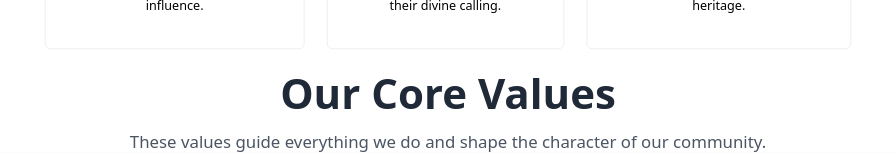
Repository: Zedestar/psda
Page: /about
These files come from the project's save history. The page is drawn as it stood at one moment and after the next save; the edit follows.
The browser window is 1280 px wide. The pictures show the part of the page from y = 733 to 2653 px (the page is 951 px tall before and 2753 px after), at 70% of full size.
The project was rebuilt for these pictures with package versions that can differ from the ones it lists, and the page was loaded fresh each time. Also part of the build but not shown: src/pages/home/home.jsx, src/pages/projects/projects.jsx, src/pages/announcements/announcements.jsx, src/pages/contirbutions/contributions.jsx, src/pages/contacts/contacts.jsx.

Above is the page before, as saved 2025-07-19 08:40:16.

### src/index.js
import React from "react";
import ReactDOM from "react-dom/client";
import App from "./App";
import "./index.css";
import { BrowserRouter } from "react-router-dom";

const root = ReactDOM.createRoot(document.getElementById("root"));
root.render(
  <BrowserRouter>
    <React.StrictMode>
      <App />
    </React.StrictMode>
  </BrowserRouter>
);

### src/App.js
import { Route, Routes } from "react-router-dom";
import Header from "./components/header/header";
import Home from "./pages/home/home";
import AboutPage from "./pages/about/about";
import Projects from "./pages/projects/projects";
import Announcements from "./pages/announcements/announcements";
import Contributions from "./pages/contirbutions/contributions";
import Contacts from "./pages/contacts/contacts";

function App() {
  return (
    <div className="flex flex-col flex-center h-screen  bg-slate-100">
      <Header />
      <Routes>
        <Route path="/" element={<Home />} />
        <Route path="/about" element={<AboutPage />} />
        <Route path="/projects" element={<Projects />} />
        <Route path="/announcements" element={<Announcements />} />
        <Route path="/contributions" element={<Contributions />} />
        <Route path="/contact" element={<Contacts />} />
      </Routes>
    </div>
  );
}

export default App;

### src/components/header/header.jsx
import { useState } from "react";
import headerData from "./header-data";
import HeaderItem from "./header-item";
import psdaImage from "../../assets/images/psdaImage.png";

function Header() {
  const [active, setActive] = useState(1);
  return (
    <div className="w-full flex justify-center shadow-lg">
      <header className="w-full flex items-center justify-between px-4 py-3 border-b border-b-gray-300 max-w-screen-2xl">
        <div className="text-3xl rounded-full overflow-hidden">
          <img className="h-12 w-12" src={psdaImage} alt="" />
        </div>{" "}
        <ul className="hidden lg:flex justify-center space-x-10 flex-center">
          {headerData.map((item) => (
            <HeaderItem
              key={item.id}
              item={item}
              active={active}
              setActive={setActive}
            />
          ))}
        </ul>
        <ul className="lg:hidden">
          <li>miaaa</li>
          <li>miaaa</li>
          <li>miaaa</li>
          <li>miaaa</li>
          <li>miaaa</li>
        </ul>
      </header>
    </div>
  );
}

export default Header;

### src/pages/about/about.jsx
import PrimaryCard from "../../components/cards/primary-card";
import aboutUsData from "./about-us-data";
import mission_vission_impact_data from "./mission-vission-impact";

function AboutPage() {
  return (
    <div className="w-full h-full flex justify-center">
      <div className="w-full h-full py-5 max-w-screen-2xl flex flex-col items-center">
        <div className="flex flex-col m-5 space-y-6">
          <p className="text-center text-6xl font-semibold text-gray-800">
            About Pastor's Sons and Daughters Association
          </p>
          <p className="text-center text-gray-600 text-2xl">{aboutUsData}</p>
        </div>
        <div className="flex flex-col lg:flex-row items-center justify-around mx-12">
          {mission_vission_impact_data.map((item) => (
            <PrimaryCard item={item} />
          ))}
        </div>
        <div className="flex flex-col m-5 space-y-6">
          <p className="text-center text-6xl font-semibold text-gray-800">
            Our Core Values
          </p>
          <p className="text-center text-gray-600 text-2xl">
            These values guide everything we do and shape the character of our
            community.
          </p>
        </div>
      </div>
    </div>
  );
}

export default AboutPage;

### src/components/header/header-data.js
const headerData = [
  {
    id: 1,
    content: "Home",
    link: "/",
  },
  {
    id: 2,
    content: "About",
    link: "/about",
  },
  {
    id: 3,
    content: "Projects",
    link: "/projects",
  },
  {
    id: 4,
    content: "Announcements",
    link: "/announcements",
  },
  {
    id: 5,
    content: "Contributions",
    link: "/contributions",
  },
  {
    id: 6,
    content: "Contacts",
    link: "/contact",
  },
];

export default headerData;

### src/components/header/header-item.jsx
import { Link } from "react-router-dom";

function HeaderItem({ item, active, setActive }) {
  console.log(active);
  return (
    <li
      className={`p-1 rounded-md text-xl text-gray-600 font-gray-100 hover:bg-gray-200 transition cursor-pointer ${
        item.id === active ? "bg-blue-500" : ""
      }`}
      onClick={() => setActive(item.id)}
    >
      <Link to={item.link}>{item.content}</Link>
    </li>
  );
}

export default HeaderItem;

### src/components/cards/primary-card.jsx
function PrimaryCard({ item }) {
  return (
    <div className="border flex flex-col justify-center mx-4 my-3 space-y-4 px-4 py-12 rounded-lg text-center max-w-lg hover:shadow-lg transition  bg-white">
      <div className="w-full flex items-center justify-center">
        <div
          className={`flex items-center justify-center rounded-full ${item.color} w-20 h-20`}
        >
          {item.icon}
        </div>
      </div>

      <p className={`text-4xl ${item.text_color}`}>{item.title}</p>
      <p className="text-lg ">{item.content}</p>
    </div>
  );
}

export default PrimaryCard;

### src/pages/about/about-us-data.js
const aboutUsData =
  "Pastors’ Sons and Daughters Association (P.S.D.A.) is a faith-rootedfellowship uniting children of pastors from the Diocese of Morogoro.We exist to connect, grow, and support one another spiritually,socially, and economically through shared purpose and experience.";

export default aboutUsData;

### src/pages/about/mission-vission-impact.js
import { AiOutlineAim, AiOutlineEye, AiOutlineHeart } from "react-icons/ai";

const mission_vission_impact_data = [
  {
    id: 1,
    title: "Our mission",
    content:
      "We envision a generation of spiritually grounded, socially responsible, and purpose-driven leaders from pastoral families who carry forward a legacy of faith, compassion, and community influence.",

    icon: <AiOutlineAim className="text-4xl text-green-500" />,
    color: "bg-green-50",
    text_color: "text-green-500",
  },
  {
    id: 2,
    title: "Our vision",
    content:
      "We exist to empower pastors’ children through mentorship, discipleship, skill-building, and fellowship—equipping them to thrive in every area of life and fulfill their divine calling.",
    icon: <AiOutlineEye className="text-4xl text-blue-500" />,
    color: "bg-blue-50",
    text_color: "text-blue-500",
  },
  {
    id: 3,
    title: "Our impact",
    content:
      "Through impactful programs and community-building initiatives, P.S.D.A. is restoring identity, building leadership, and inspiring pastors’ children to walk boldly in purpose while honoring their heritage.",
    icon: <AiOutlineHeart className="text-4xl text-orange-400" />,
    color: "bg-orange-50",
    text_color: "text-orange-500",
  },
];

export default mission_vission_impact_data;

### tailwind.config.js
/** @type {import('tailwindcss').Config} */
module.exports = {
  content: ["./src/**/*.{js,jsx,ts,tsx}"],
  theme: {
    extend: {
      colors: {
        psdaGreen: "#1A8F57",
      },
    },
  },
  plugins: [],
};

### src/pages/about/core-objective-goals-data.js
import {
  AiOutlineTeam,
  AiOutlineBulb,
  AiOutlineTool,
  AiOutlineStar,
  AiOutlineGift,
} from "react-icons/ai";

const core_objectives_data = [
  {
    id: 1,
    title: "Fellowship and Networking",
    content:
      "To foster strong, lasting relationships among pastors' children by encouraging unity, love, and mutual support within the community.",
    icon: <AiOutlineTeam className="text-4xl text-teal-500" />,
    color: "bg-teal-50",
    text_color: "text-teal-500",
  },
  {
    id: 2,
    title: "Opportunity Awareness",
    content:
      "To actively seek out and share opportunities for growth, development, and advancement—both spiritually and economically.",
    icon: <AiOutlineBulb className="text-4xl text-purple-500" />,
    color: "bg-purple-50",
    text_color: "text-purple-500",
  },
  {
    id: 3,
    title: "Problem Solving",
    content:
      "To openly discuss and confront common challenges we face as a community, and work hand in hand to find sustainable solutions.",
    icon: <AiOutlineTool className="text-4xl text-yellow-500" />,
    color: "bg-yellow-50",
    text_color: "text-yellow-500",
  },
  {
    id: 4,
    title: "Talent Discovery & Development",
    content:
      "To identify, nurture, and empower the God-given talents within us, enabling every member to reach their full potential.",
    icon: <AiOutlineStar className="text-4xl text-pink-500" />,
    color: "bg-pink-50",
    text_color: "text-pink-500",
  },
  {
    id: 5,
    title: "Support for Our Parents",
    content:
      "To express gratitude and honor our pastoral parents by supporting them in practical ways—spiritually, emotionally, and materially.",
    icon: <AiOutlineGift className="text-4xl text-red-500" />,
    color: "bg-red-50",
    text_color: "text-red-500",
  },
];

export default core_objectives_data;

Loaded but not shown: public/index.html (common file); src/index.css (common file)

After the next save:
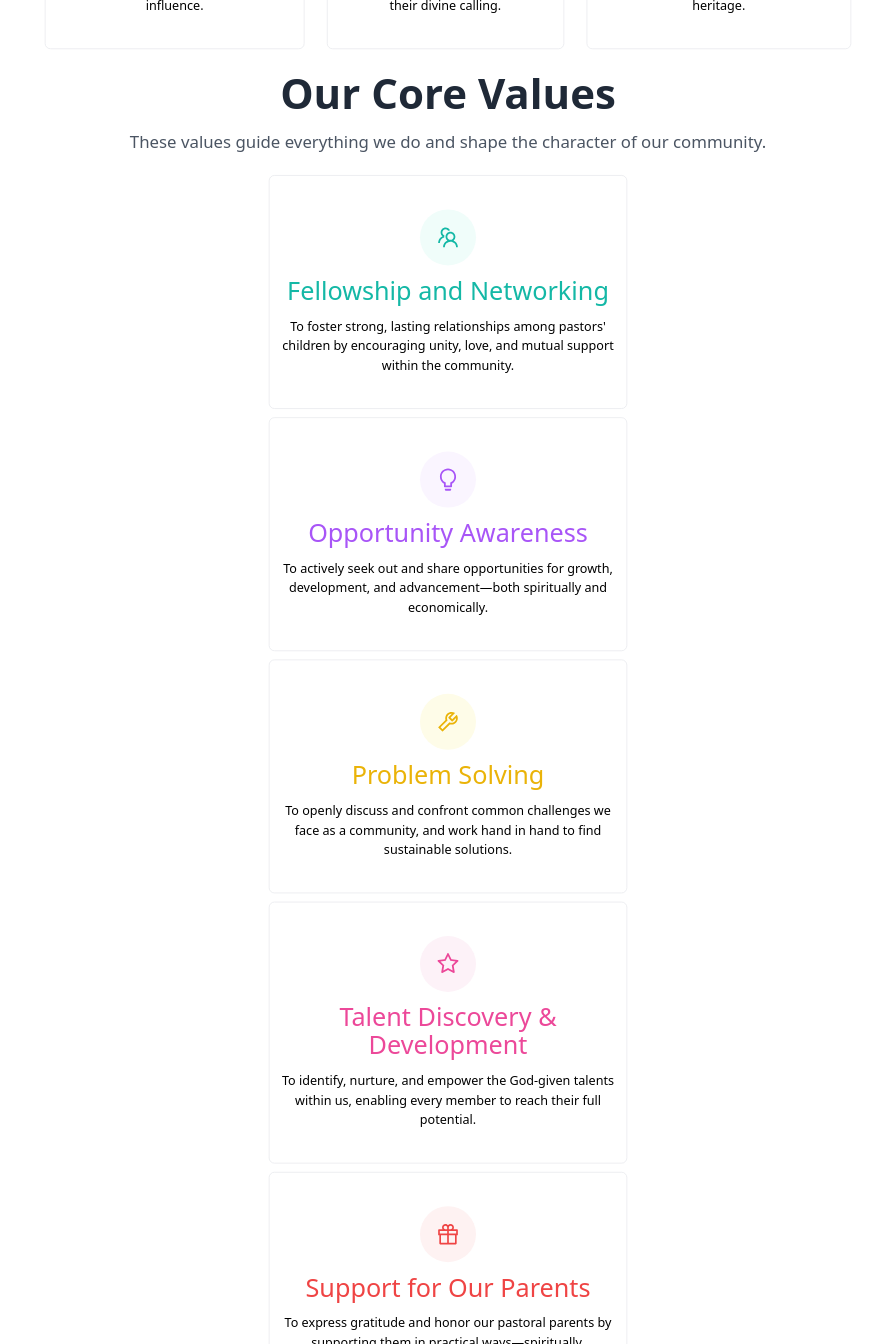
Saved 3 min 12 s later.
--- a/src/pages/about/about.jsx
+++ b/src/pages/about/about.jsx
@@ -1,5 +1,6 @@
 import PrimaryCard from "../../components/cards/primary-card";
 import aboutUsData from "./about-us-data";
+import core_objectives_data from "./core-objective-goals-data";
 import mission_vission_impact_data from "./mission-vission-impact";
 
 function AboutPage() {
@@ -26,6 +27,11 @@ function AboutPage() {
             community.
           </p>
         </div>
+        <div>
+          {core_objectives_data.map((item) => (
+            <PrimaryCard item={item} />
+          ))}
+        </div>
       </div>
     </div>
   );
